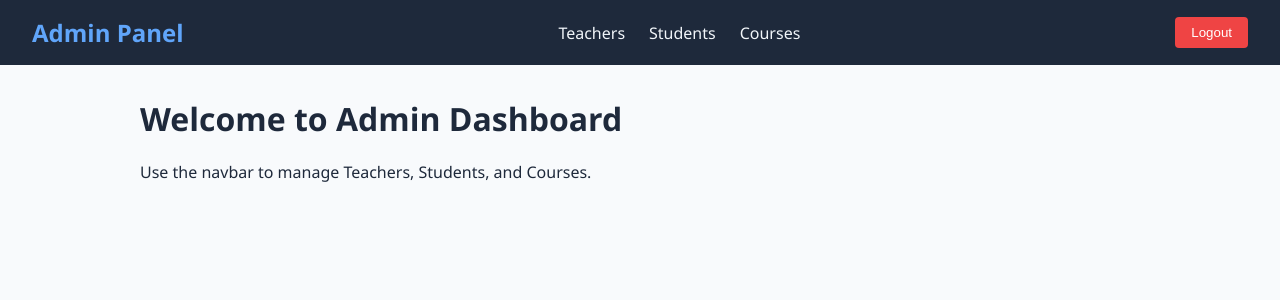
Repository: Fail2/Online-Classroom
Page: http://localhost/adminpanel/dashboard/
An editor plug-in stored every save of this project. The page is shown before and after the next save, followed by the edit.
The browser window is 1280 px wide. The pictures show the whole page.
The page is served by the project's application, run on Django 5.2 (Edu_Frontend/manage.py).

Above is the page before, as saved 2025-05-24 21:03:07.

After the next save:
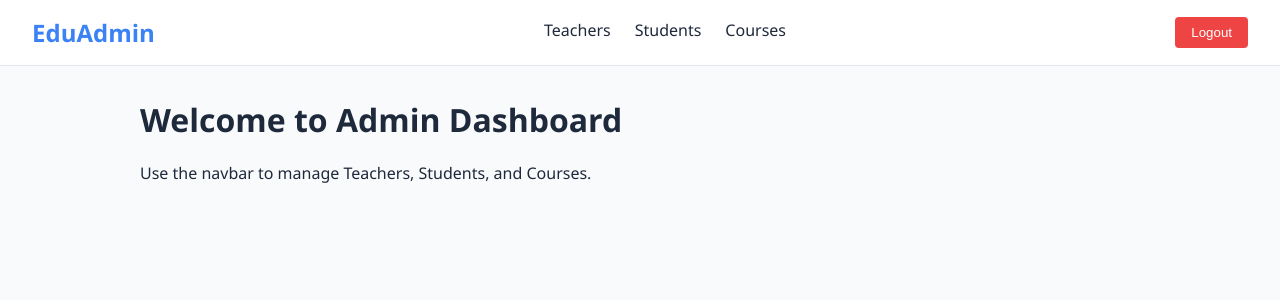
Saved 7 min 45 s later.
--- a/Education_Frontend/Edu_Frontend/adminpanel/templates/adminpanel/base.html
+++ b/Education_Frontend/Edu_Frontend/adminpanel/templates/adminpanel/base.html
@@ -16,16 +16,16 @@
             display: flex;
             justify-content: space-between;
             align-items: center;
-            background-color: #1e293b;
+            background-color: #ffffff;
             padding: 1rem 2rem;
-            color: white;
+            border-bottom: 1px solid #e2e8f0;
             flex-wrap: wrap;
         }
 
         .navbar-left .brand {
             font-size: 1.5rem;
             font-weight: bold;
-            color: #60a5fa;
+            color: #3b82f6;
             text-decoration: none;
         }
 
@@ -35,14 +35,22 @@
         }
 
         .navbar-center a {
-            color: #f1f5f9;
+            color: #1e293b;
             text-decoration: none;
             font-weight: 500;
-            transition: color 0.3s;
+            padding-bottom: 4px;
+            border-bottom: 2px solid transparent;
+            transition: all 0.3s;
         }
 
         .navbar-center a:hover {
-            color: #38bdf8;
+            color: #2563eb;
+            border-color: #93c5fd;
+        }
+
+        .navbar-center a.active {
+            color: #2563eb;
+            border-bottom: 2px solid #2563eb;
         }
 
         .navbar-right form {
@@ -97,12 +105,12 @@
     <!-- Navbar -->
     <nav class="navbar">
         <div class="navbar-left">
-            <a href="{% url 'admin-dashboard' %}" class="brand">Admin Panel</a>
+            <a href="{% url 'admin-dashboard' %}" class="brand">EduAdmin</a>
         </div>
         <div class="navbar-center">
-            <a href="{% url 'teacher-list' %}">Teachers</a>
-            <a href="{% url 'student-list' %}">Students</a>
-            <a href="{% url 'course-list' %}">Courses</a>
+            <a href="{% url 'teacher-list' %}" class="{% if request.resolver_match.url_name == 'teacher-list' %}active{% endif %}">Teachers</a>
+            <a href="{% url 'student-list' %}" class="{% if request.resolver_match.url_name == 'student-list' %}active{% endif %}">Students</a>
+            <a href="{% url 'course-list' %}" class="{% if request.resolver_match.url_name == 'course-list' %}active{% endif %}">Courses</a>
         </div>
         <div class="navbar-right">
             <form action="{% url 'admin-logout' %}" method="post">
